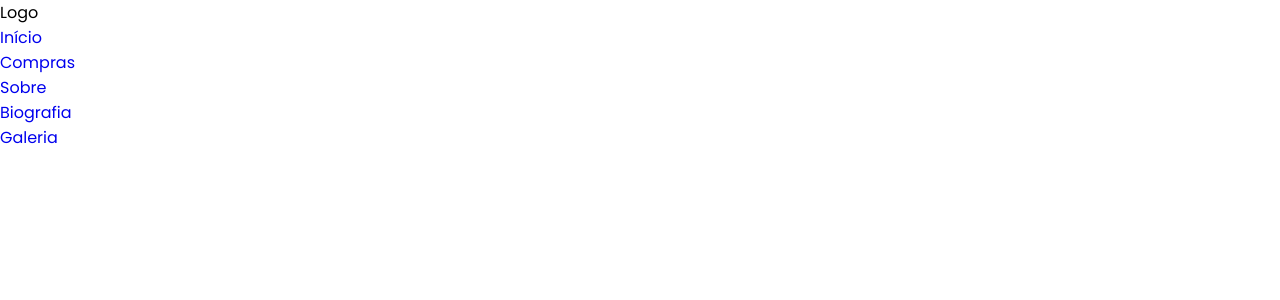
Repository: Matheus904-12/Teste
Page: teste.html
An editor plug-in stored every save of this project. The page is shown before and after a run of saves, followed by the edit.
The browser window is 1280 px wide. The pictures show the whole page.

Above is the page before, as saved 2023-11-01 09:59:00.

### teste.html
<!DOCTYPE html>
<html lang="en">
<head>
    <meta charset="UTF-8">
    <meta name="viewport" content="width=device-width, initial-scale=1.0">
    <title>Document</title>
    <link rel="stylesheet" href="css.css">
</head>
<body>
    <header>
        <div class="logo">
            Logo
        </div>
        <nav>
            <ul class="menu">
                <li><a href="#">Início</a></li>
                <li><a href="#">Compras</a></li>
                <li><a href="#">Sobre</a></li>
                <li><a href="#">Biografia</a></li>
                <li><a href="#">Galeria</a></li>
            </ul>
            <i class="fa-solid fa-bars" id="toggle"></i>
        </nav>
    </header>
</body>
</html>

### css.css
@import url('https://fonts.googleapis.com/css?family=Poppins:ital,wght@0,100;0,200;0,300;0,400;0,500;0,600;0,700;0,800;0,900;1,100;1,200;1,300;1,400;1,500;1,600;1,700;1,800;1,900&display=swap');

*{
    margin: 0;
    padding: 0;
    box-sizing: border-box;
    list-style: none;
    text-decoration: none;
    font-family: "Poppins", sans-serif;
}

body {
    min-height: 100vh;
    min-width: 400px;
    overflow: hidden;
}

After the next 7 saves:
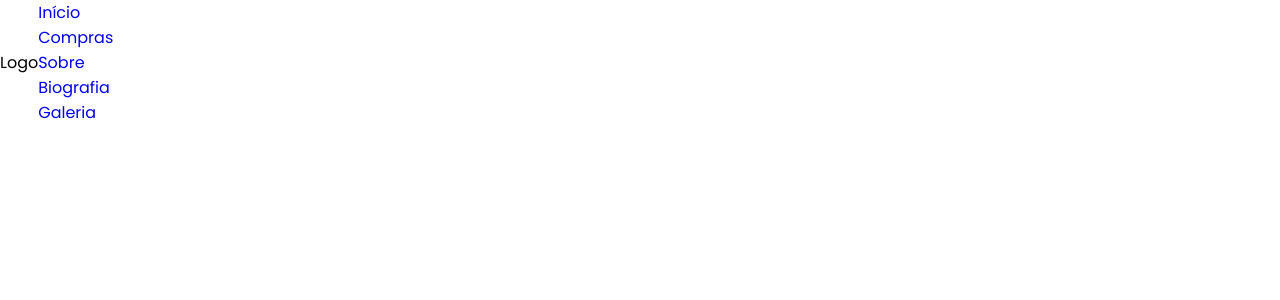
The 7 saves are shown as one change because they came seconds apart.
The last was saved 16 s later.
--- a/css.css
+++ b/css.css
@@ -14,3 +14,9 @@ body {
     min-width: 400px;
     overflow: hidden;
 }
+
+header {
+    display: flex;
+    align-items: center;
+
+}
